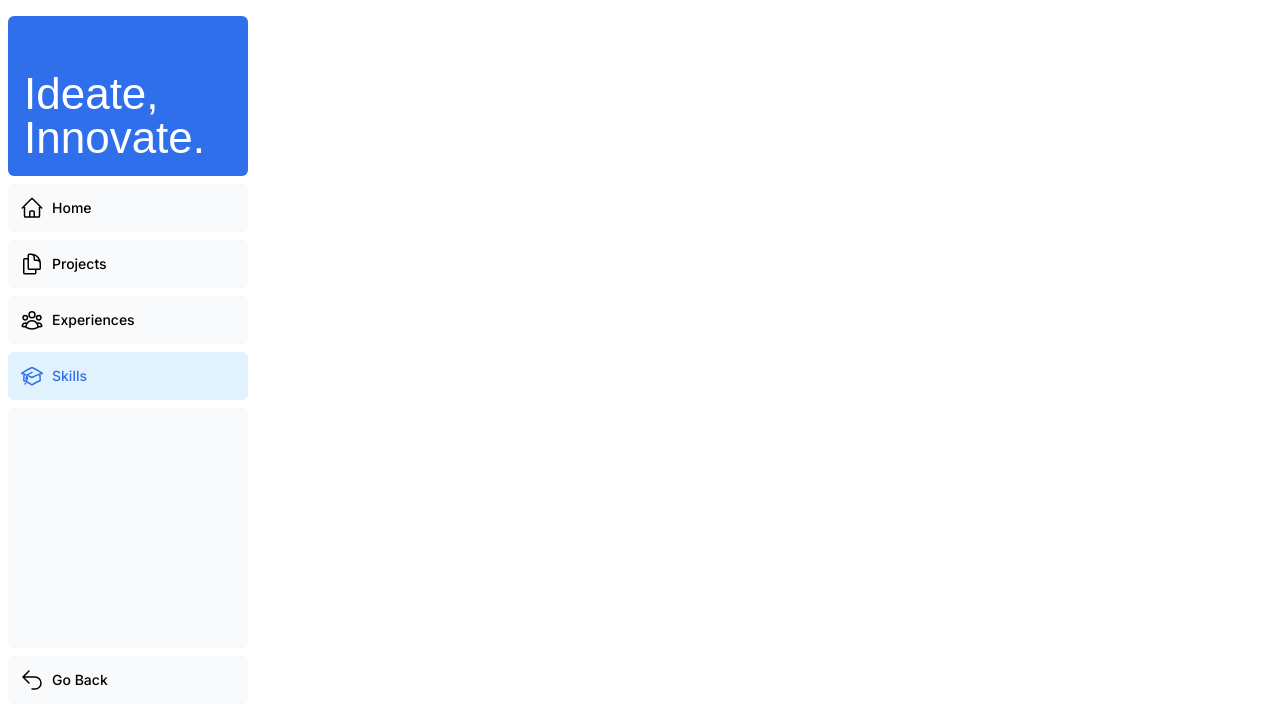
Repository: ThatGirlJam/jaime-portfolio
Page: /dashboard/skills
The author's editor kept a copy of each file at every save. The page is drawn from the files as they stood at one save, then again after the next save.
The browser window is 1280 px wide. The pictures show the whole page.
Some web fonts or font styles are not loaded; a fallback is used. The project was rebuilt for these pictures with package versions that can differ from the ones it lists, and the page was loaded fresh each time. The framework's server and built-in components were replaced by stand-ins that run in the browser. Also part of the build but not shown: next.config.js.

Above is the page before, as saved 2024-04-09 23:16:33.

After the next save:
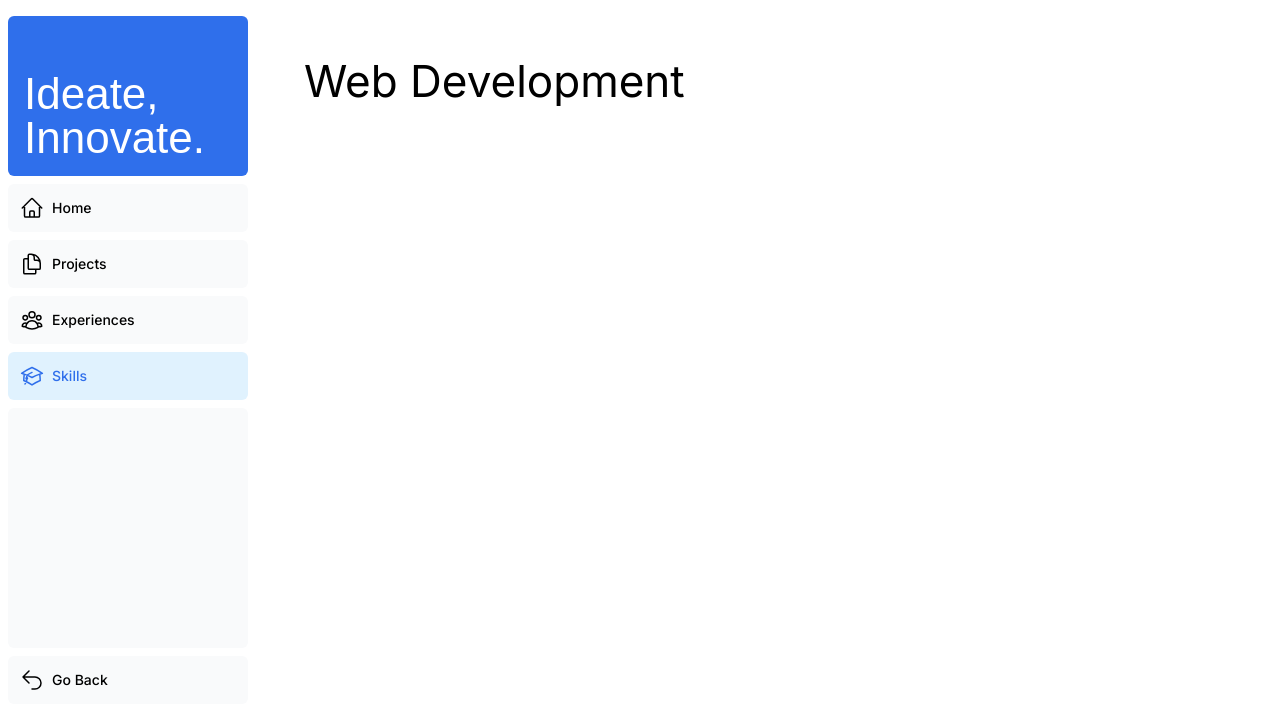
Saved 28 s later.
--- a/app/dashboard/skills/page.tsx
+++ b/app/dashboard/skills/page.tsx
@@ -1,6 +1,7 @@
 export default function Page() {
-  return;
-  <div>
-    <p className="text-[44px]"> Web Development </p>
-  </div>;
+  return (
+    <div>
+      <p className="text-[44px]"> Web Development </p>
+    </div>
+  );
 }
